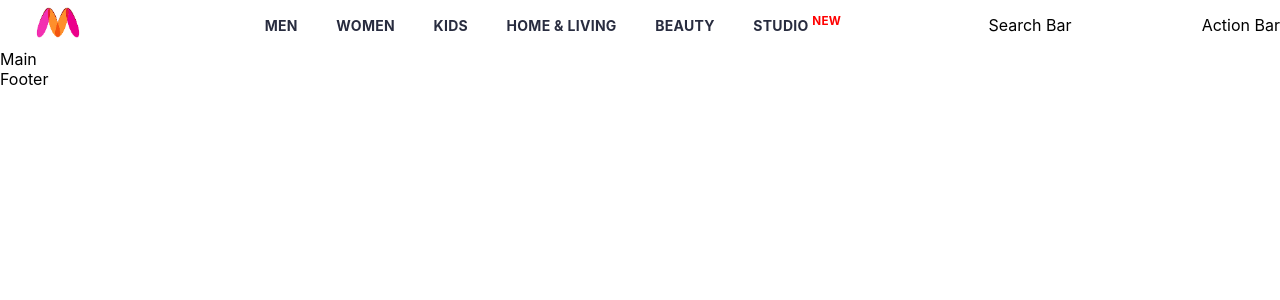
Repository: nihalani20/CSS-by-KG
Page: Myntra clone/inex.html
The author's editor kept a copy of each file at every save. The page is drawn from the files as they stood at one save, then again after the next save.
The browser window is 1280 px wide. The pictures show the whole page.

Above is the page before, as saved 2023-12-01 13:23:04.

After the next save:
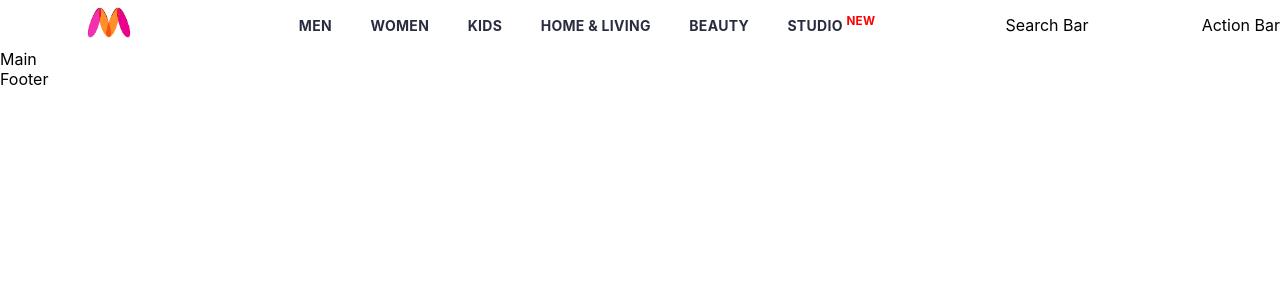
Saved 4 s later.
--- a/Myntra clone/styles.css
+++ b/Myntra clone/styles.css
@@ -16,7 +16,7 @@
     }
 
 .logo_container{
-    mleft: 4%;
+    margin-left: 4%;
 }
 
 
